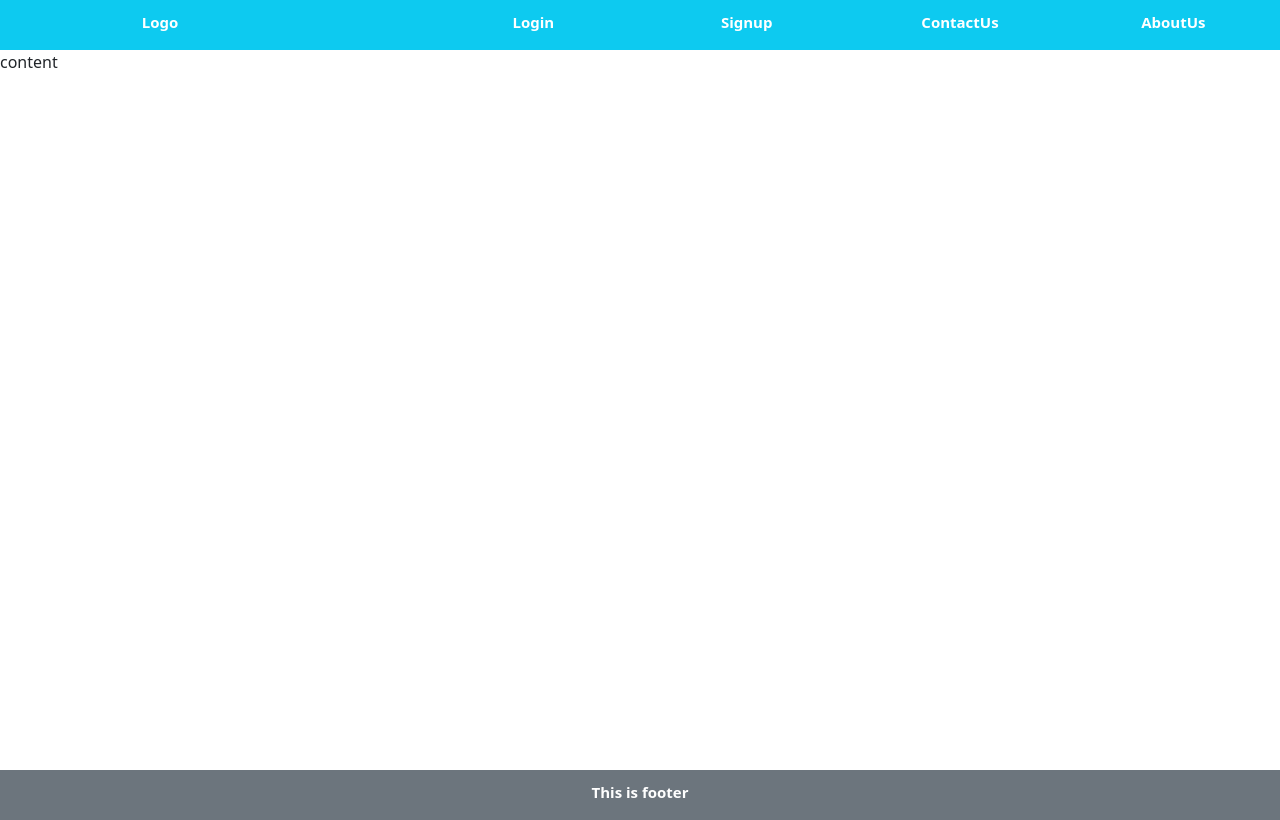
Repository: vishalsin888/J2EE-
Page: http://localhost/JSPE2E/header.jsp
The author's editor kept a copy of each file at every save. The page is drawn from the files as they stood at one save, then again after the next save.
The browser window is 1280 px wide. The pictures show the whole page.
The page is served by Tomcat 9.

Above is the page before, as saved 2022-10-28 10:38:09.

After the next save:
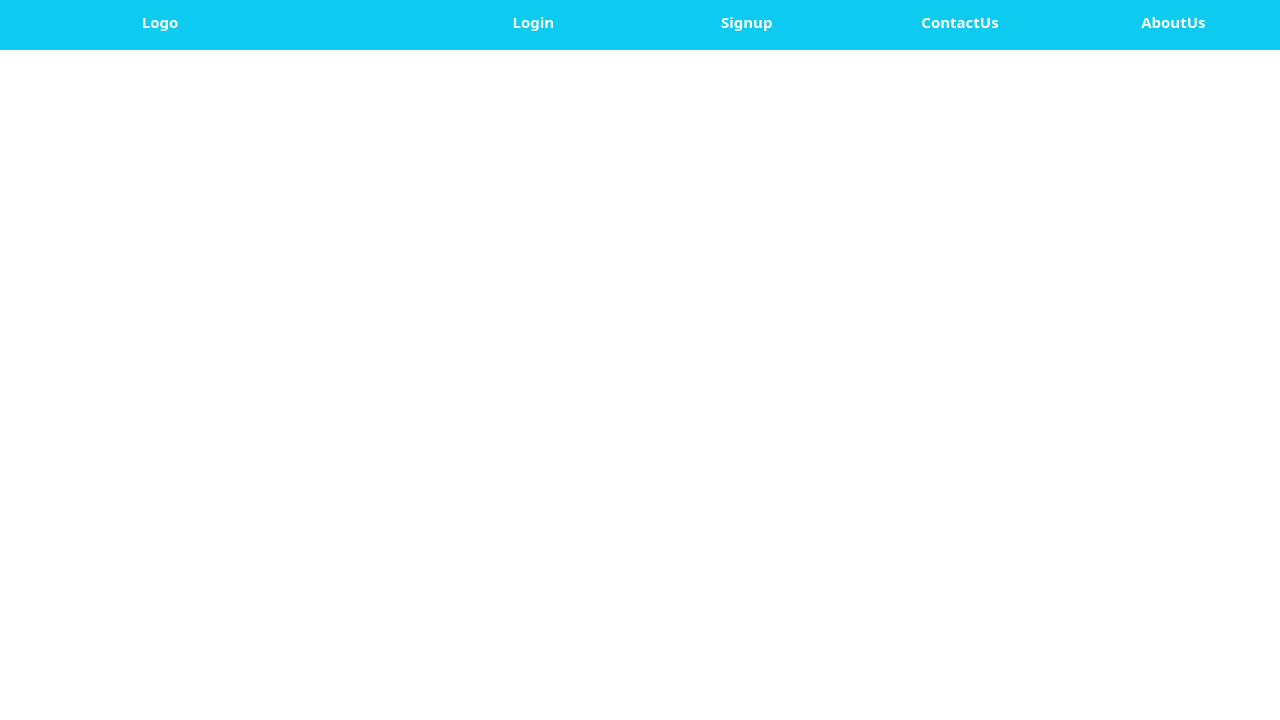
Saved 50 s later.
--- a/JSPE2E/src/main/webapp/header.jsp
+++ b/JSPE2E/src/main/webapp/header.jsp
@@ -28,20 +28,6 @@
             <div class="col-2 text-center my-lineheight">AboutUs</div>
         </div>
     </div>
-
-    <div class="container-fluid">
-        <div class="row" style="height:100vh;">
-            content
-        </div>
-    </div>
-
-    <div class="container-fluid bg-secondary">
-        <div class="row" style="height:50px">
-            <div class="col-12 text-center my-lineheight">This is footer</div>
-        </div>
-    </div>
-
-
     <script src="https://cdn.jsdelivr.net/npm/bootstrap@5.2.2/dist/js/bootstrap.bundle.min.js"></script>
 </body>
 
